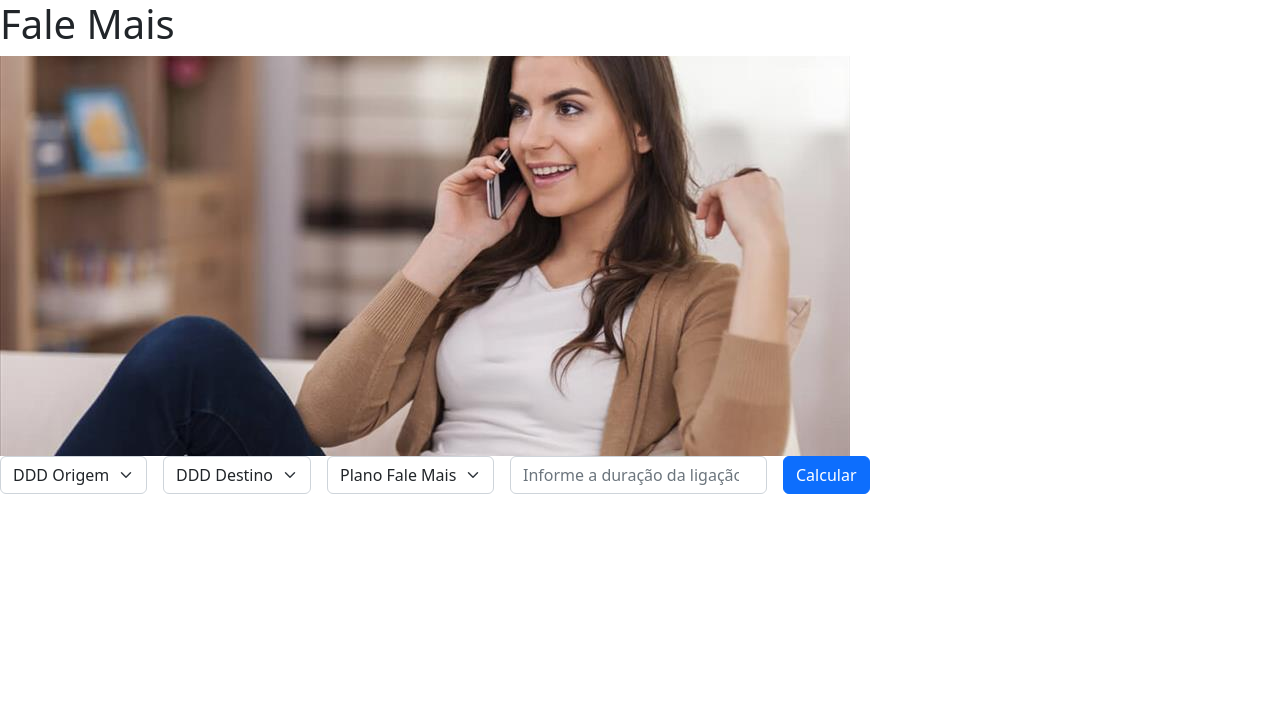
Repository: JuniorMagalhaesDeAlcantara/Fale-Mais
Page: falemais/src/main/resources/templates/index.html
The author's editor kept a copy of each file at every save. The page is drawn from the files as they stood at one save, then again after the next save.
The browser window is 1280 px wide. The page is 1288 px wide, so the pictures cover 1288 px, including what lies to the right of the window. The pictures show the whole page.

Above is the page before, as saved 2022-08-04 18:55:42.

### falemais/src/main/resources/templates/index.html
<!DOCTYPE html>
<html lang="pt-br">
<head>
    <meta charset="UTF-8">
    <meta http-equiv="X-UA-Compatible" content="IE=edge">
    <meta name="viewport" content="width=device-width, initial-scale=1.0">

    <!-- CSS only -->
<link href="https://cdn.jsdelivr.net/npm/bootstrap@5.2.0/dist/css/bootstrap.min.css" rel="stylesheet" integrity="sha384-gH2yIJqKdNHPEq0n4Mqa/HGKIhSkIHeL5AyhkYV8i59U5AR6csBvApHHNl/vI1Bx" crossorigin="anonymous">

    <title>Fale Mais</title>
    <div>
      <h1>Fale Mais</h1>
    <img src="telefone.jpg" alt="...">
    </div>
</head>
<body>
    <form class="row gy-2 gx-3 align-items-center" method="post" action="/index">
        <div class="col-auto">
            <label class="visually-hidden" for="autoSizingSelect">DDD Origem</label>
            <select class="form-select" name="origem">
              <option selected>DDD Origem</option>
              <option value="11">11</option>
              <option value="16">16</option>
              <option value="17">17</option>
              <option value="18">18</option>
            </select>
          </div>
          <div class="col-auto">
            <label class="visually-hidden" for="autoSizingSelect">DDD Destino</label>
            <select class="form-select" name="destino">
              <option selected>DDD Destino</option>
              <option value="11">11</option>
              <option value="16">16</option>
              <option value="17">17</option>
              <option value="18">18</option>
            </select>
          </div>
            <div class="col-auto">
                <label  class="visually-hidden" for="autoSizingSelect">Plano</label>
                <select class="form-select" name="plano">
                  <option selected>Plano Fale Mais</option>
                  <option value="30">Fale Mais 30</option>
                  <option value="60">Fale Mais 60</option>
                  <option value="120">Fale Mais 120</option>
                </select>
              </div>
          </div>
        <div class="col-auto">
          <label class="visually-hidden" for="autoSizingInput">Duracao</label>
          <input type="number" class="form-control" name="duracao" placeholder="Informe a duração da ligação em minutos">
        </div>
        <div class="col-auto">
          <button type="submit" class="btn btn-primary">Calcular</button>
        </div>
      </form>
</body>
</html>

After the next save:
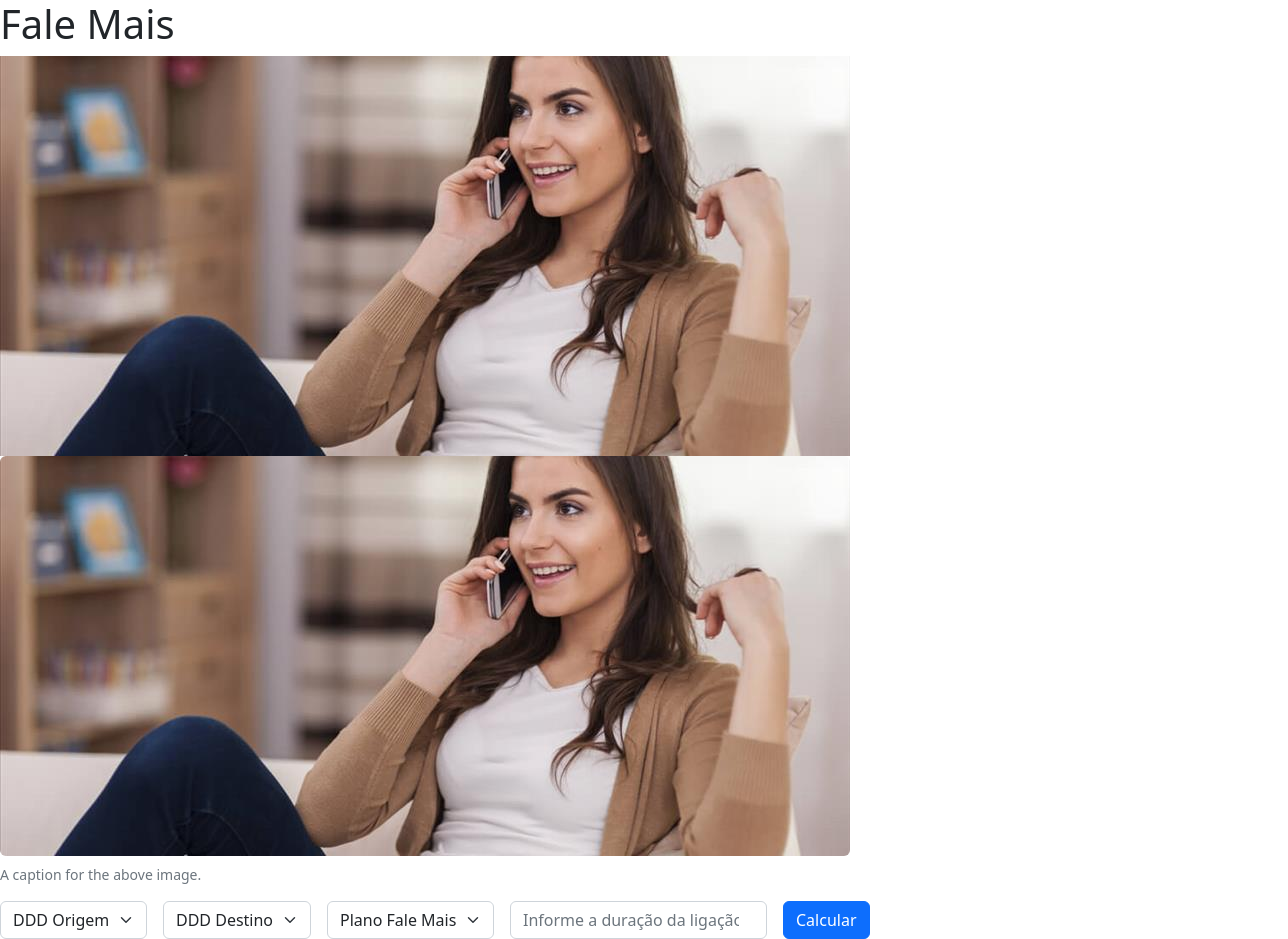
Saved 61 s later.
--- a/falemais/src/main/resources/templates/index.html
+++ b/falemais/src/main/resources/templates/index.html
@@ -12,6 +12,10 @@
     <div>
       <h1>Fale Mais</h1>
     <img src="telefone.jpg" alt="...">
+    <figure class="figure">
+      <img src="../static/img/telefone.jpg" class="figure-img img-fluid rounded" alt="...">
+      <figcaption class="figure-caption">A caption for the above image.</figcaption>
+    </figure>
     </div>
 </head>
 <body>
